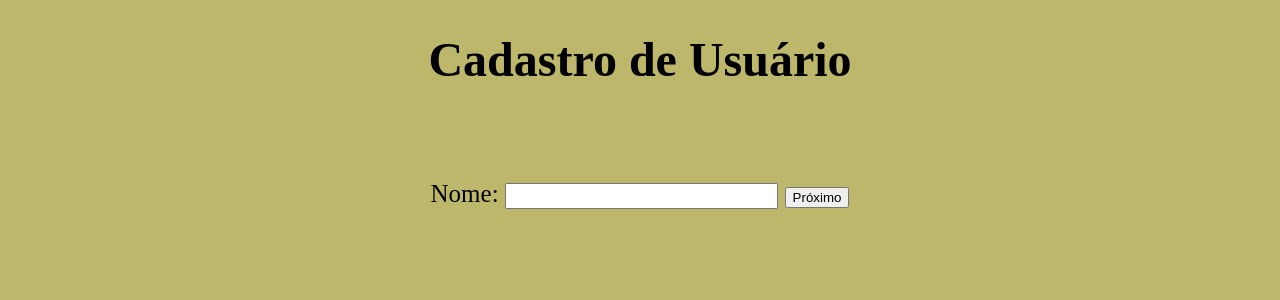
Repository: yoda4ever/playground
Page: http://localhost/Mod06_ex02B/tela2.jsp
An editor plug-in stored every save of this project. The page is shown before and after the next save, followed by the edit.
The browser window is 1280 px wide. The pictures show the whole page.
The page is served by Tomcat 9.

Above is the page before, as saved 2017-05-06 15:54:13.

After the next save:
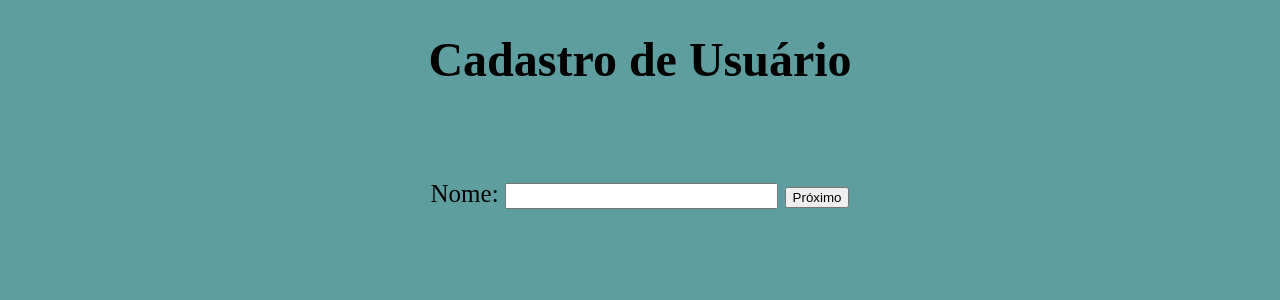
Saved 47 s later.
--- a/Mod06_ex02B/WebContent/tela2.jsp
+++ b/Mod06_ex02B/WebContent/tela2.jsp
@@ -6,7 +6,7 @@
 <meta http-equiv="Content-Type" content="text/html; charset=ISO-8859-1">
 <title>Cadastro</title>
 </head>
-<body style="background-color: darkkhaki;">
+<body style="background-color: cadetblue;">
 
 		<center>
 			<h1 style="font-family: cursive;font-size: -webkit-xxx-large;">
